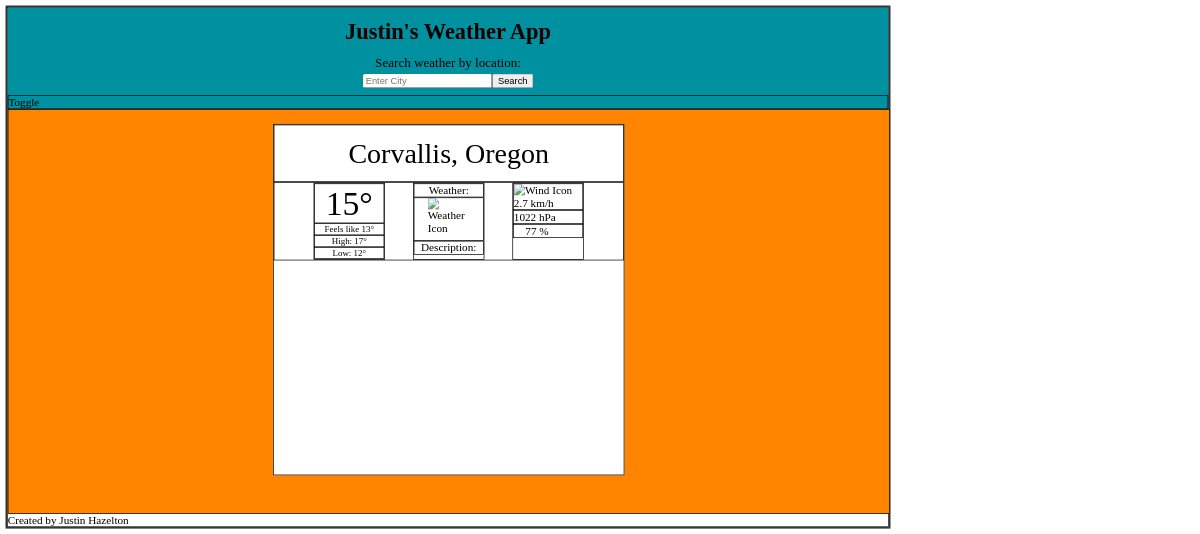
Repository: J-Haze/Weather
Page: /
An editor plug-in stored every save of this project. The page is shown before and after the next save, followed by the edit.
The browser window is 1280 px wide. The page is 1280 px wide, then 1714 px, so the pictures cover 1714 px, including what lies to the right of the window. The pictures show the part of the page from y = 0 to 1440 px (the page is 763 px tall before and 2216 px after), at 70% of full size.
The project was rebuilt for these pictures with package versions that can differ from the ones it lists, and the page was loaded fresh each time. Also part of the build but not shown: src/index.css.

Above is the page before, as saved 2020-09-06 21:31:20.

After the next save:
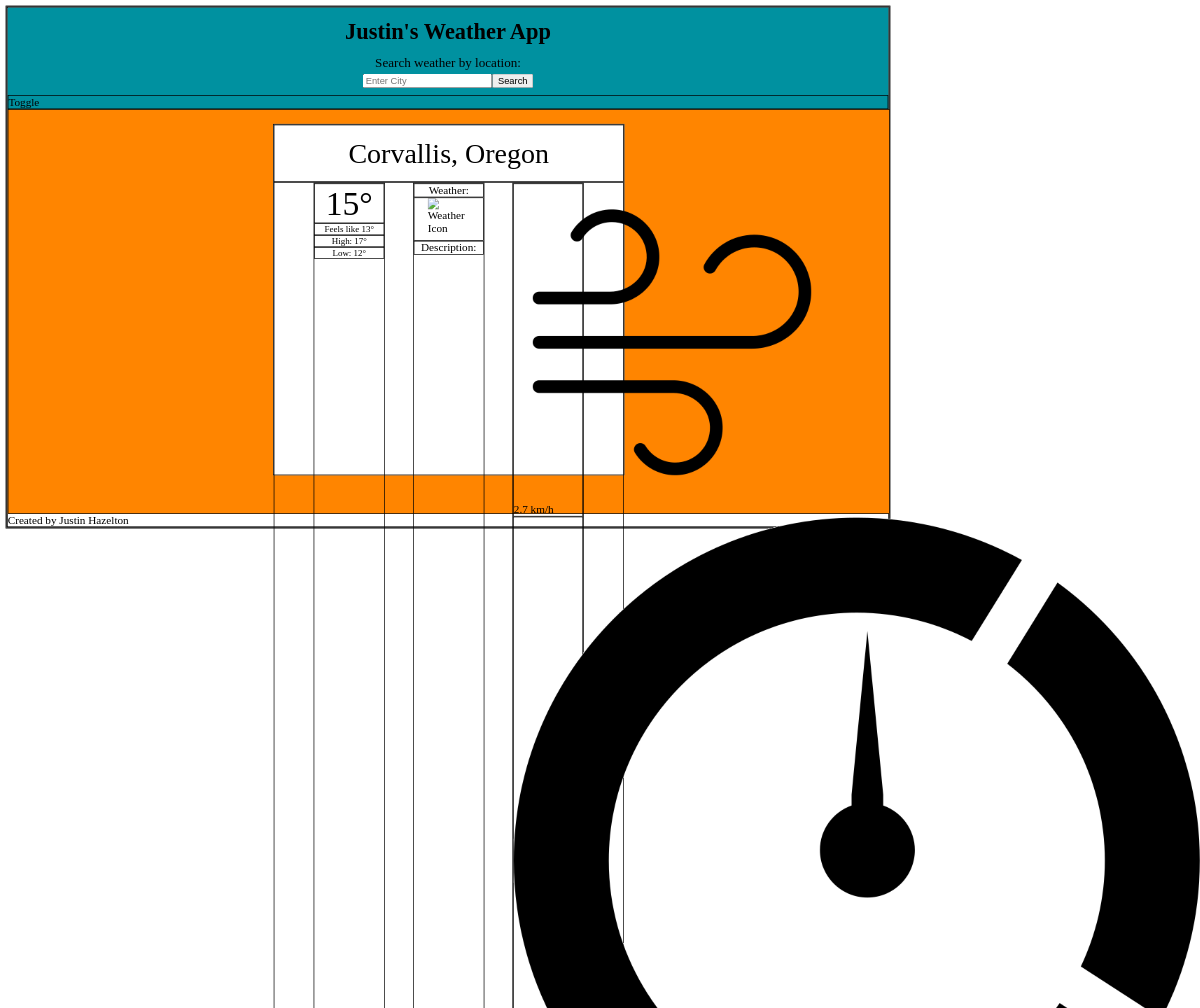
Saved 5 min 15 s later.
--- a/src/components/Weather.js
+++ b/src/components/Weather.js
@@ -16,7 +16,9 @@ import heavyRain from '../assets/icons/10n.png'
 import thunderstorm from '../assets/icons/11n.png'
 import snow from '../assets/icons/13n.png'
 import mist from '../assets/icons/50n.png'
-import wind from '../assets/icons/wind.png'
+import windy from '../assets/icons/wind.png'
+import pressIcon from '../assets/icons/pressure.png'
+import humidIcon from '../assets/icons/humidity.png'
 
 
 const Weather = () => {
@@ -110,7 +112,9 @@ const Weather = () => {
         '11n': thunderstorm,
         '13n': snow,
         '50n': mist,
-        '200': wind
+        '200': windy,
+        '300': pressIcon,
+        '400': humidIcon
     };
 
 
@@ -164,17 +168,17 @@ const Weather = () => {
 
                         <div className="weather-container">
                             <div className="weather mid"> Weather: {weather} </div>
-                            <div className="mid"><img src={weatherIcons[icon]} className="icon" alt="Weather Icon"/></div>
+                            <div className="mid"><img src={weatherIcons[icon]} className="icon" alt="Weather Icon" /></div>
                             <div className="description mid">Description: {description}</div>
                         </div>
 
                         <div className="other-container">
-                            <div className="wind"><img src={weatherIcons['200']} className="icon" alt="Wind Icon"/>2.7{wind} km/h</div>
-                            <div className="pressure">
-                                <i className="fas fa-tachometer-alt" alt-label="pressure" />1022  {pressure} hPa
+                            <div className="wind other"><img src={weatherIcons['200']} className="windy" alt="Wind Icon" />2.7{wind} km/h</div>
+                            <div className="pressure other">
+                                <img src={weatherIcons['300']} className="windy" alt="Wind Icon" />1022  {pressure} hPa
                             </div>
-                            <div className="humidity">
-                                <i className="fas fa-tint" alt-label="humidity" /> 77{humidity} %</div>
+                            <div className="humidity other">
+                                <img src={weatherIcons['400']} className="windy" alt="Wind Icon" /> 77{humidity} %</div>
                         </div>
                     </div>
                 </div>
